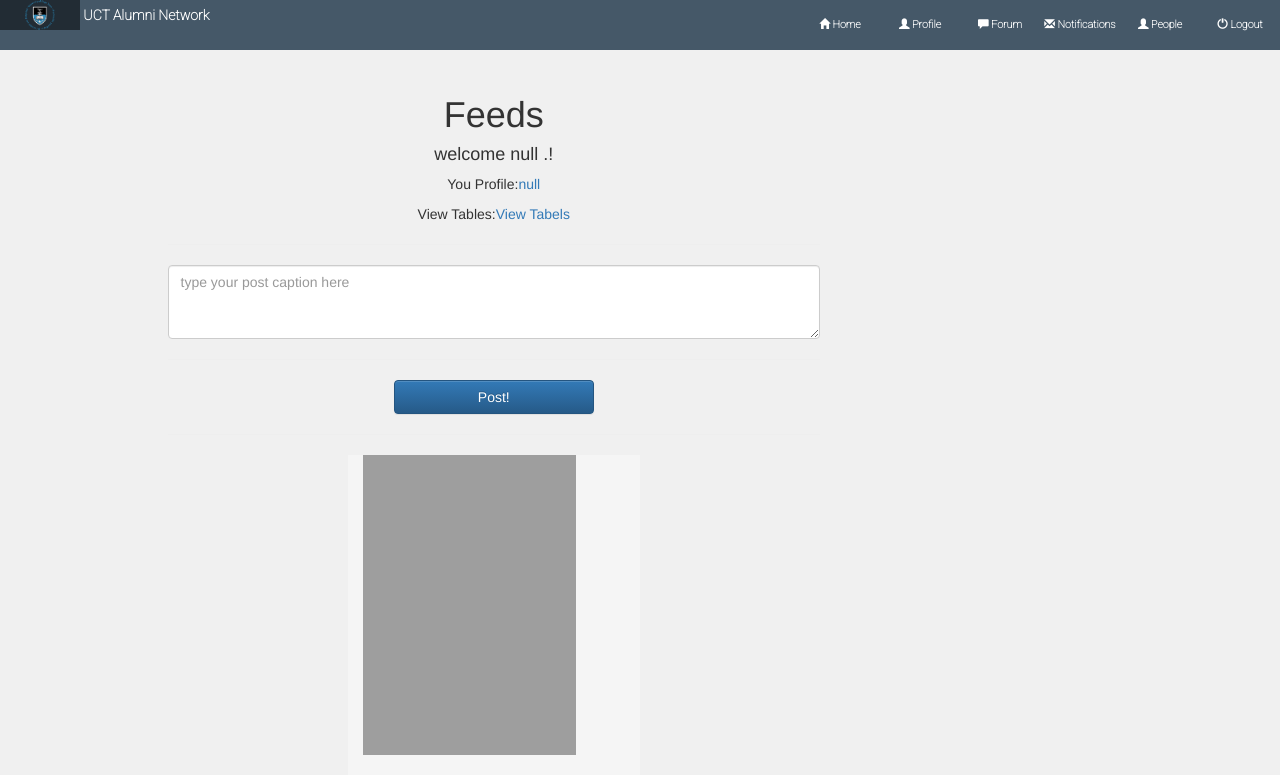
Repository: lorna-k/Workspace
Page: http://localhost/Alumni-2/JSP/Feed.jsp
The author's editor kept a copy of each file at every save. The page is drawn from the files as they stood at one save, then again after the next save.
The browser window is 1280 px wide. The pictures show the whole page.
Pictures or frames that could not be fetched are drawn as grey boxes. Some web fonts or font styles are not loaded; a fallback is used. The page is served by Tomcat 9. Queries for data that is not in the repository find no rows.

Above is the page before, as saved 2016-09-13 19:12:04.

After the next save:
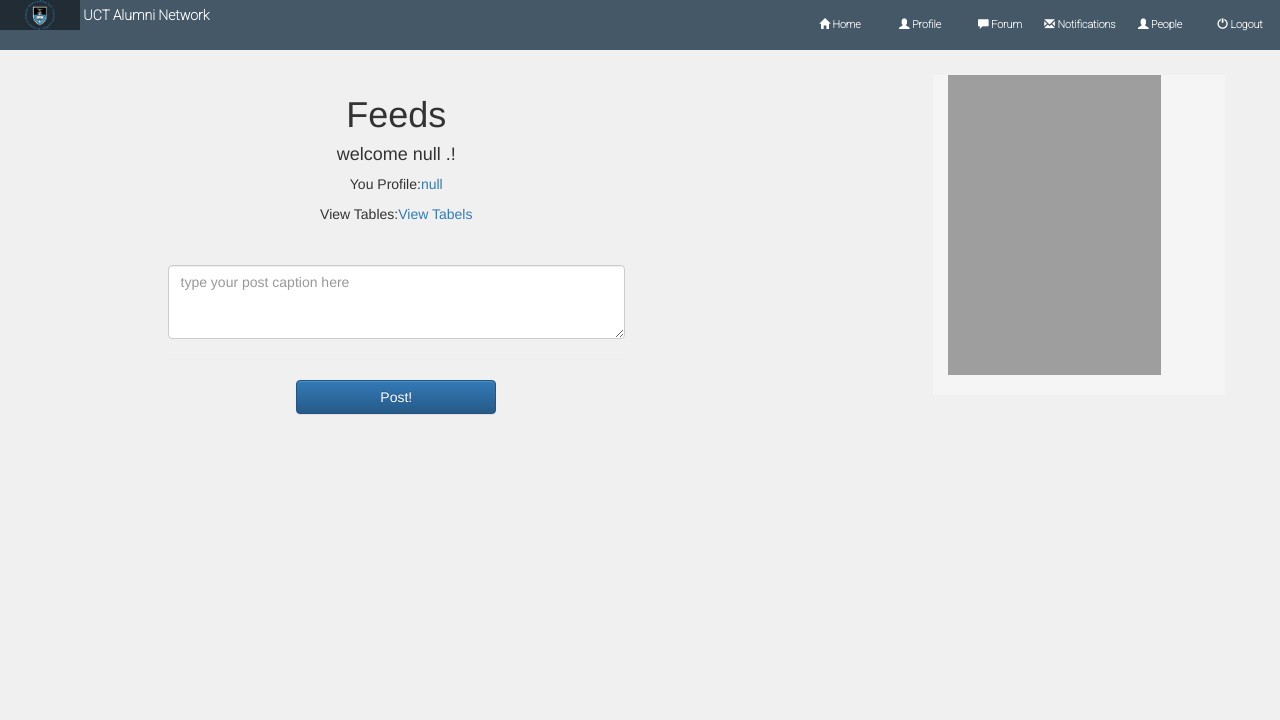
Saved 65 s later.
--- a/Alumni/Alumni-2/WebContent/JSP/Feed.jsp
+++ b/Alumni/Alumni-2/WebContent/JSP/Feed.jsp
@@ -90,7 +90,7 @@
 	<div class="content" style="position:relative; top:75px">
 		<div class="container ">
 			<div class="row">
-				<div class="posts-section col-md-7 col-md-offset-1">
+				<div class="posts-section col-md-5 col-md-offset-1">
 
 
 				<!-- ||||||||||||||||||||||||||||||||||||||||||||||||||||||||||||||||||||||||||||||| -->
